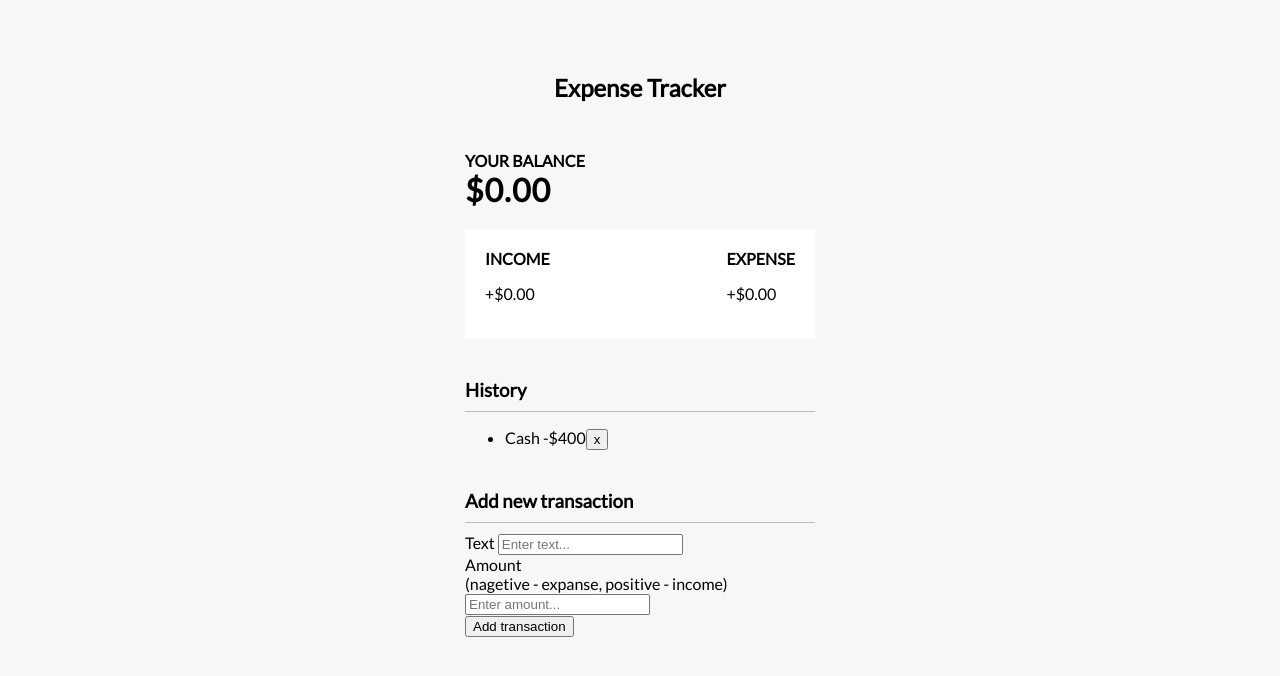
Repository: Youvelop/expenseTracker
Page: index.html
The author's editor kept a copy of each file at every save. The page is drawn from the files as they stood at one save, then again after the next save.
The browser window is 1280 px wide. The pictures show the whole page.

Above is the page before, as saved 2020-06-30 12:48:29.

### index.html
<!DOCTYPE html>
<html lang="en">
  <head>
    <meta charset="UTF-8" />
    <meta name="viewport" content="width=device-width, initial-scale=1.0" />
    <link rel="stylesheet" href="style.css" />
    <title>Expense Tracker</title>
  </head>
  <body>
    <h2>Expense Tracker</h2>

    <div class="container">
      <h4>Your Balance</h4>
      <h1 id="balance">$0.00</h1>

      <div class="inc-exp-container">
        <div>
          <h4>Income</h4>
          <p id="money-plus" class="money plus">+$0.00</p>
        </div>
        <div>
          <h4>Expense</h4>
          <p id="money-minus" class="money minus">+$0.00</p>
        </div>
      </div>

      <h3>History</h3>
      <ul id="list" class="list">
        <li class="minus">
          Cash <span>-$400</span><button class="delete-btn">x</button>
        </li>
      </ul>

      <h3>Add new transaction</h3>
      <form id="form">
        <div class="form-control">
          <label for="text">Text</label>
          <input type="text" id="text" placeholder="Enter text..." />
        </div>
        <div class="form-control">
          <label for="amount"
            >Amount <br />
            (nagetive - expanse, positive - income)</label
          >
          <input type="number" id="amount" placeholder="Enter amount..." />
        </div>
        <button class="btn">Add transaction</button>
      </form>
    </div>
    <script src="script.js"></script>
  </body>
</html>

### style.css
@import url('https://fonts.googleapis.com/css?family=Lato&display=swap');

:root {
  -box-shadow: 0 1px 3px rgba(0, 0, 0, 0.12), 0 1px 2px rgba(0, 0, 0, 0.24);
}

* {
  box-sizing: border-box;
}
body {
  background-color: #f7f7f7;
  display: flex;
  flex-direction: column;
  align-items: center;
  justify-content: center;
  min-height: 100vh;
  margin: 0;
  font-family: 'Lato', sans-serif;
}

.container {
  margin: 30px;
  width: 350px;
}

h1 {
  letter-spacing: 1px;
  margin: 0;
}

h3 {
  border-bottom: 1px solid #bbb;
  padding-bottom: 10px;
  margin: 40px 0 10px;
}

h4 {
  margin: 0;
  text-transform: uppercase;
}

.inc-exp-container {
  background-color: #fff;
  box-shadow: var(--box-shadow);
  padding: 20px;
  display: flex;
  justify-content: space-between;
  margin: 20px 0;
}

inc-exp-container > div {
  flex: 1;
  text-align: center;
}

inc-exp-container > div:first-of-type {
  border-right: 1px solid #dedede;
}

Loaded but not shown: script.js (no copy from this time; the picture is the same without it)

After the next save:
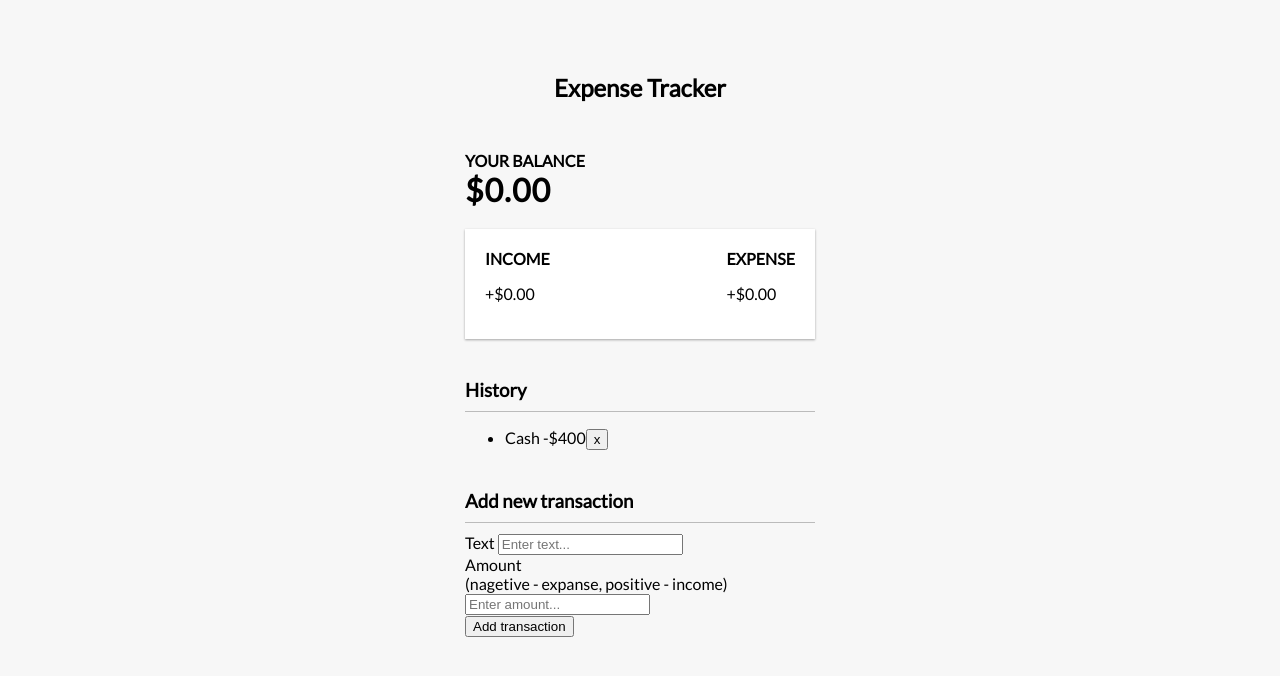
Saved 38 s later.
--- a/style.css
+++ b/style.css
@@ -1,7 +1,7 @@
 @import url('https://fonts.googleapis.com/css?family=Lato&display=swap');
 
 :root {
-  -box-shadow: 0 1px 3px rgba(0, 0, 0, 0.12), 0 1px 2px rgba(0, 0, 0, 0.24);
+  --box-shadow: 0 1px 3px rgba(0, 0, 0, 0.12), 0 1px 2px rgba(0, 0, 0, 0.24);
 }
 
 * {
